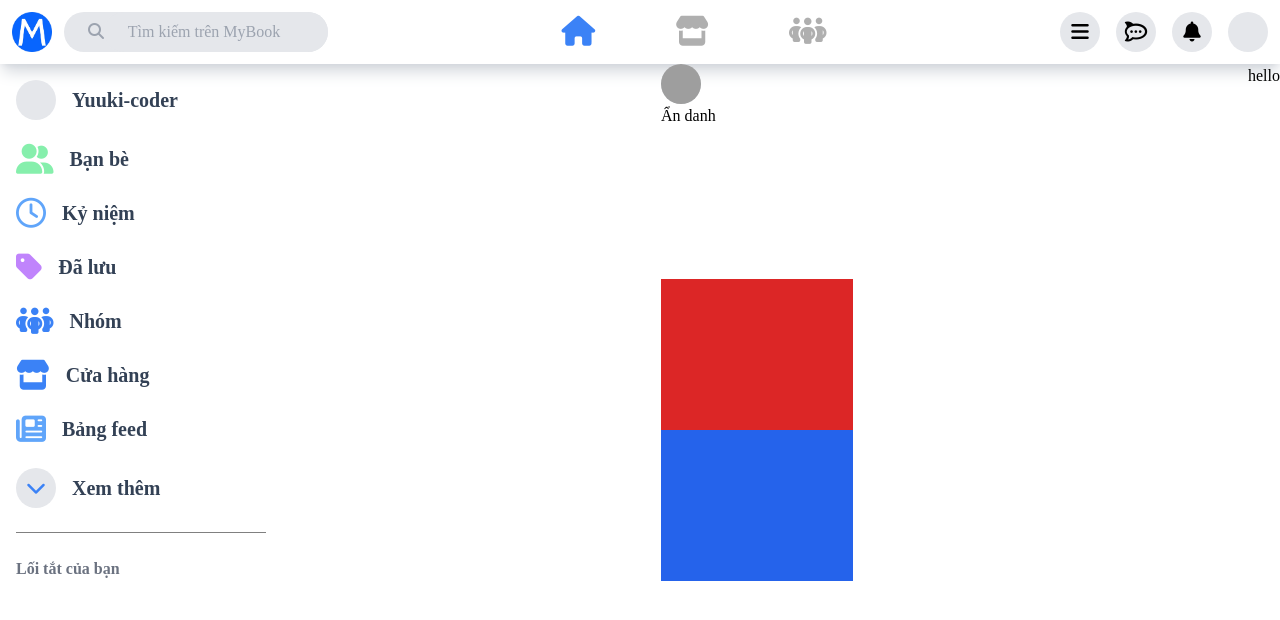
Repository: Yuukicoder/MyBook
Page: / (app in mybook/)
An editor plug-in stored every save of this project. The page is shown before and after the next save, followed by the edit.
The browser window is 1280 px wide. The pictures show the whole page.
Pictures or frames that could not be fetched are drawn as grey boxes. The project was rebuilt for these pictures with package versions that can differ from the ones it lists, and the page was loaded fresh each time.

Above is the page before, as saved 2023-12-14 09:32:25.

After the next save:
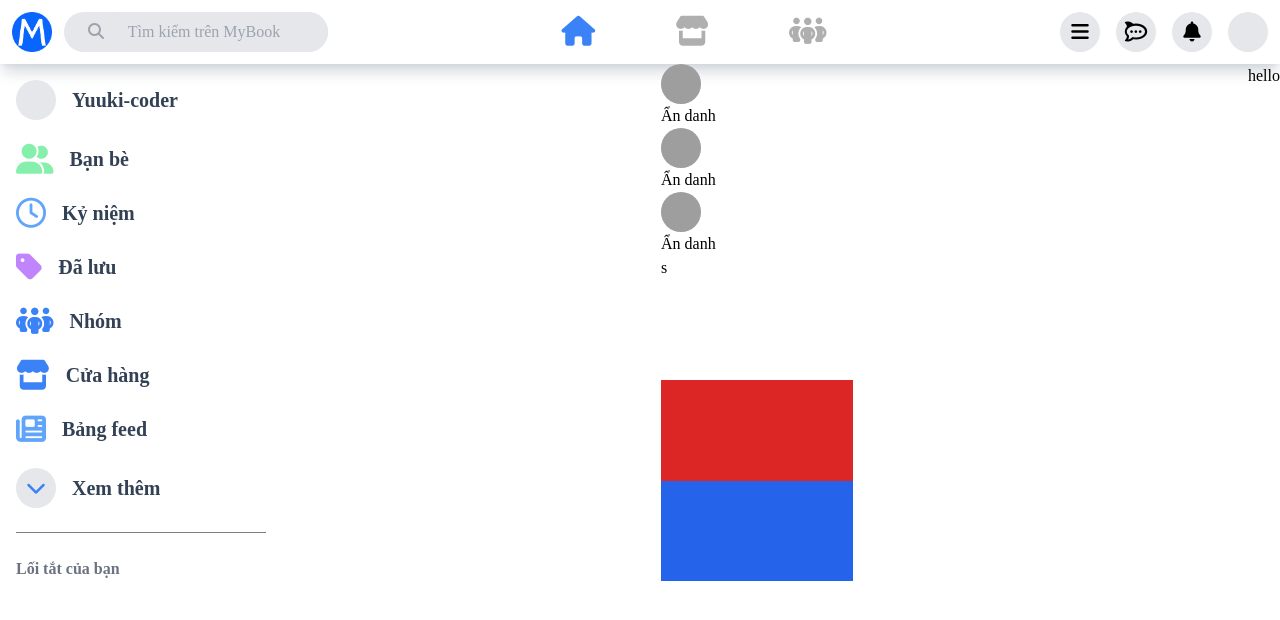
Saved 9 s later.
--- a/mybook/src/News.js
+++ b/mybook/src/News.js
@@ -12,6 +12,8 @@ var News = () =>(
         <div class="News_Story ">
             <div class="Story_Page w-48">
                 <Story_Page></Story_Page>
+                <Story_Page></Story_Page>
+                <Story_Page></Story_Page>s
             </div>
         </div>
         <div class="News_Tools bg-red-600"></div>
